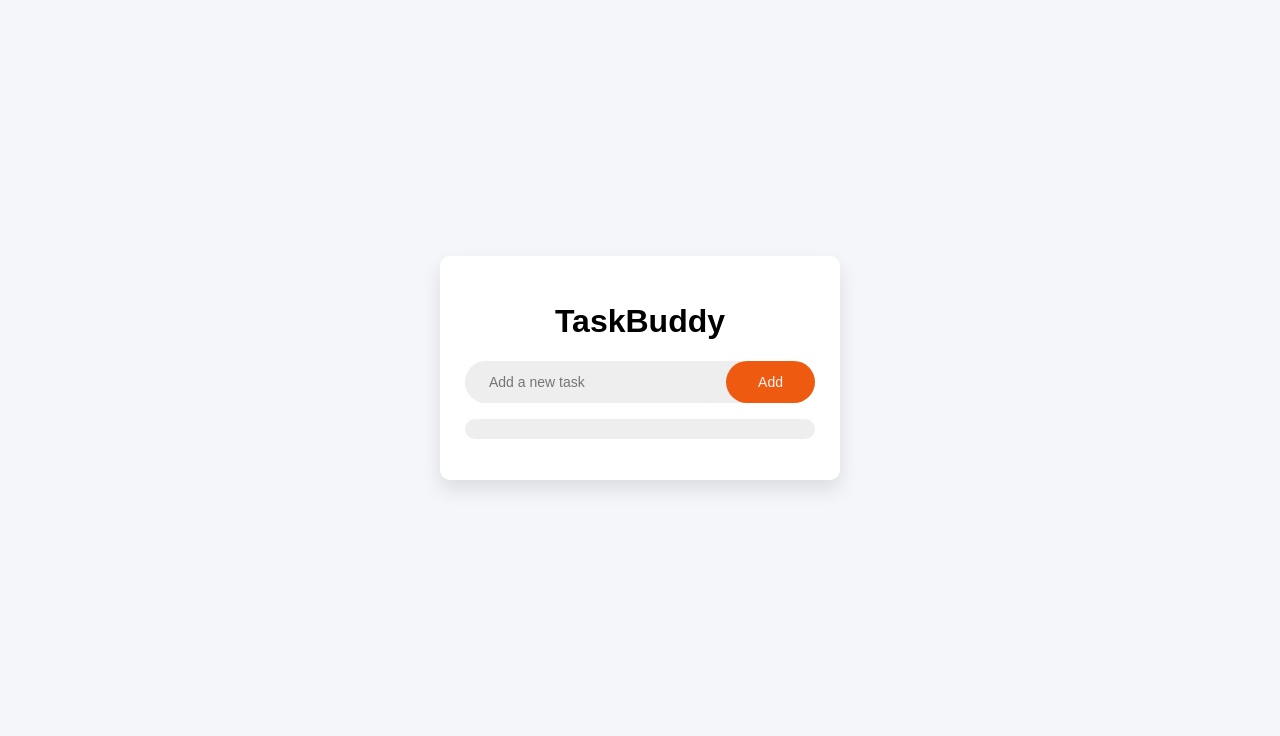
Repository: yogeshnandwani/taskbuddy-todo
Page: index.html
The author's editor kept a copy of each file at every save. The page is drawn from the files as they stood at one save, then again after the next save.
The browser window is 1280 px wide. The pictures show the whole page.

Above is the page before, as saved 2026-03-16 18:04:03.

### index.html
<!DOCTYPE html>
<html lang="en">
<head>
<meta charset="UTF-8">
<title>TaskBuddy</title>
<link rel="stylesheet" href="css/style.css">
</head>

<body>

<div class="app">

<h1>TaskBuddy</h1>

<div class="task-input">
<input type="text" id="taskInput" placeholder="Add a new task">
<button id="addBtn">Add</button>
</div>

<ul id="taskList"></ul>

</div>

<script src="js/script.js"></script>

</body>
</html>

### css/style.css
body{
    font-family: Arial, sans-serif;
    background:#f4f6f9;
    display:flex;
    justify-content:center;
    align-items:center;
    height:100vh;
}

.app{
    background:white;
    padding:25px;
    border-radius:10px;
    width:350px;
    box-shadow:0 10px 20px rgba(0,0,0,0.1);
}

h1{
    text-align:center;
}

.task-input{
    display:flex;
    border-radius: 50px;
    background-color: #eee;
}

input{
    flex:1;
    padding:8px;
    border: none;
    border-radius: 50px;
    padding: 0.8rem 1.5rem;
    background-color: #eee;
    font-size: 14px;
}

input:focus{
    outline: none;
}

button{
    padding:0.8rem 2rem;
    border: none;
    border-radius: 50px;
    background-color: #ee5a10;
    color: #f4f6f9;
    cursor:pointer;
    font-size: 14px;
}

ul{
    background-color: #eee;
    border-radius: 10px;
    display: flex;
    padding: 10px;
    flex-direction: column;
    justify-content: center;
    align-items: center;
}

li{
    background:#cac8c8;
    width: 100%;
    display:flex;
    justify-content:space-between;
}

### js/script.js
const input = document.getElementById("taskInput")
const addBtn = document.getElementById("addBtn")
const list = document.getElementById("taskList")

addBtn.addEventListener("click", addTask)

function addTask(){
    const taskText = input.value.trim()

    if(taskText === "") return

    const li = document.createElement("li")

    li.innerHTML = `
    <span>${taskText}</span>
    <button class="delete">X</button>
    `

    list.appendChild(li)

    input.value=""
}

After the next save:
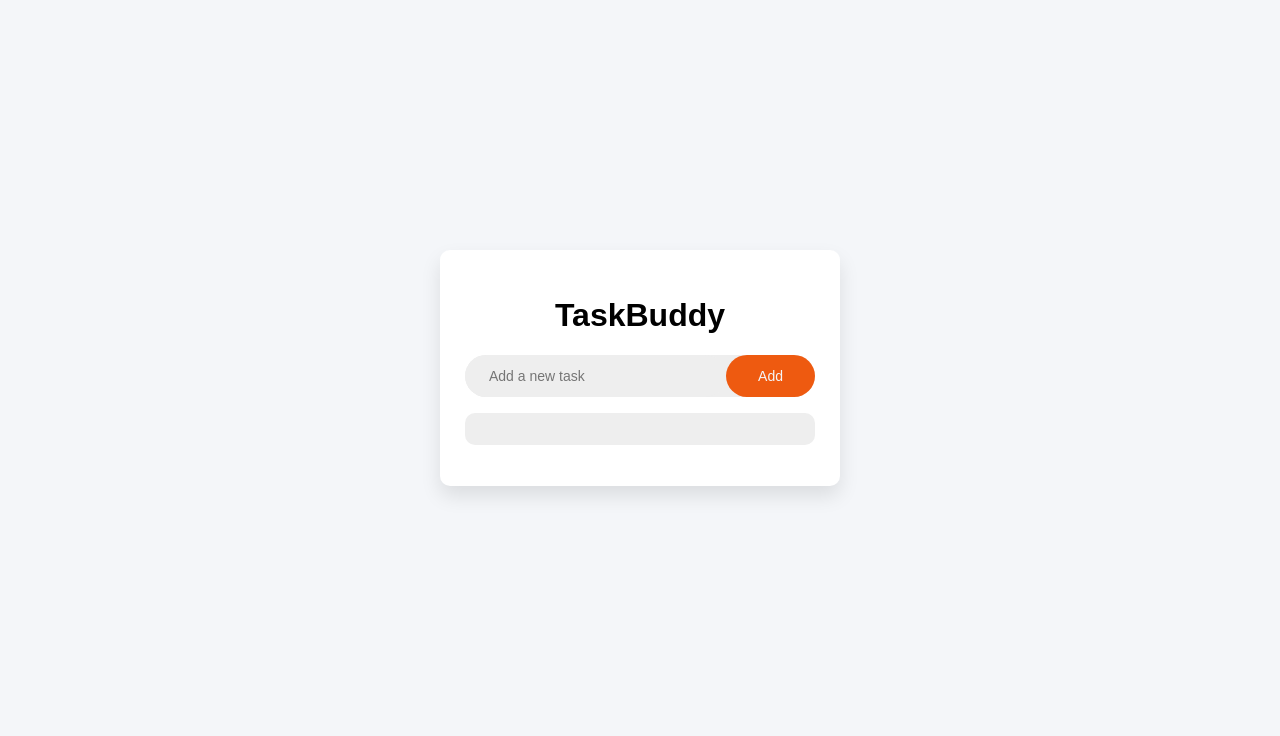
Saved 12 s later.
--- a/css/style.css
+++ b/css/style.css
@@ -53,7 +53,7 @@ ul{
     background-color: #eee;
     border-radius: 10px;
     display: flex;
-    padding: 10px;
+    padding: 1rem;
     flex-direction: column;
     justify-content: center;
     align-items: center;
